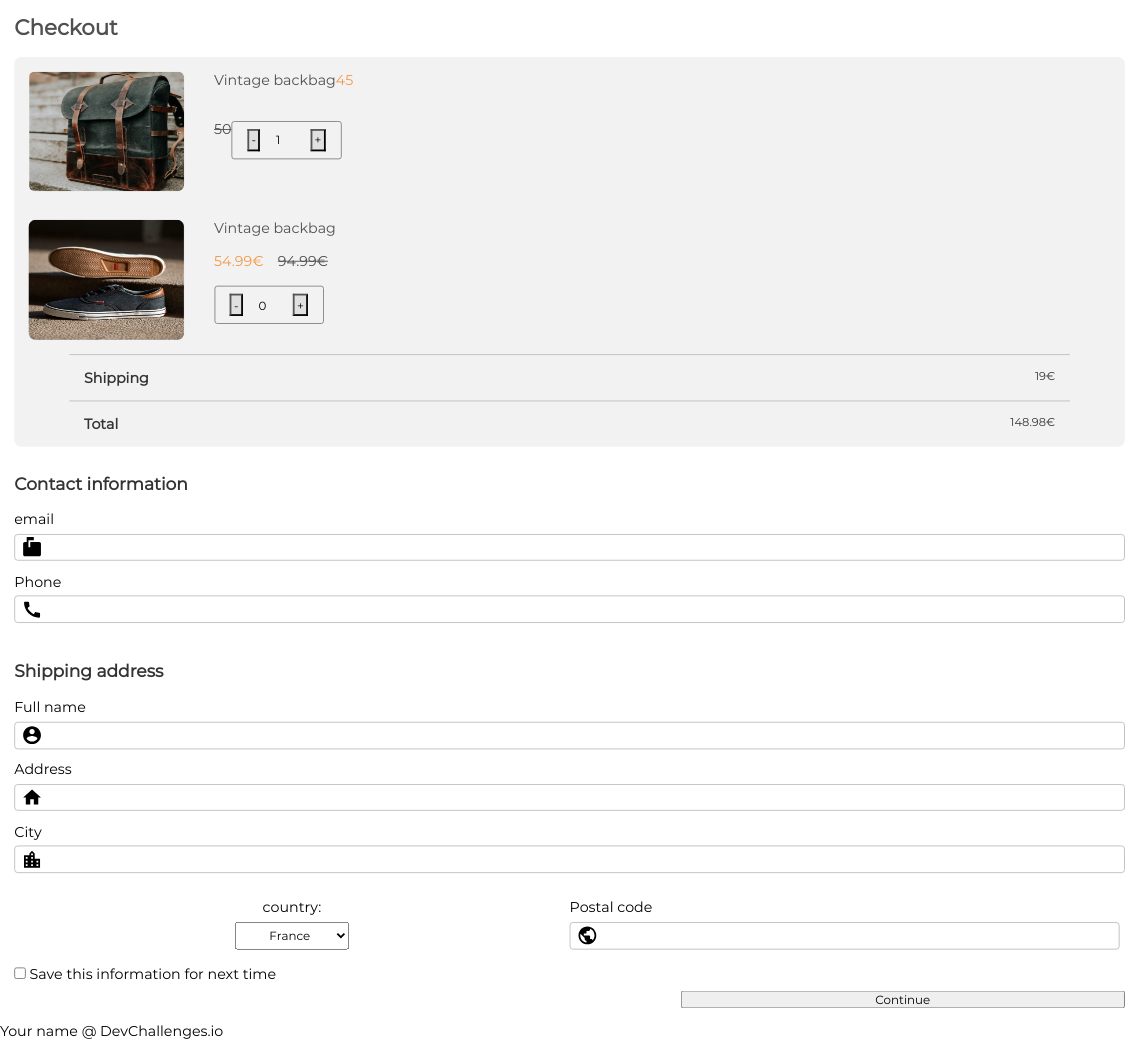
Repository: dubar-jeremy/checkout-page-master
Page: index.html
The author's editor kept a copy of each file at every save. The page is drawn from the files as they stood at one save, then again after the next save.
The browser window is 1280 px wide. The pictures show the whole page, at 89% of full size.
The style sheet was rebuilt from its Sass, Less or Tailwind sources for each picture, by a compiler version that may differ from the author's.

Above is the page before, as saved 2021-01-31 12:50:43.

### index.html
<!doctype html>
<html lang="fr">
<head>
  <meta charset="UTF-8">
  <meta name="viewport"
        content="width=device-width, user-scalable=no, initial-scale=1.0, maximum-scale=1.0, minimum-scale=1.0">
  <meta http-equiv="X-UA-Compatible" content="ie=edge">
  <link rel="stylesheet" href="style/style.css">
  <link href="https://fonts.googleapis.com/icon?family=Material+Icons"
        rel="stylesheet">
  <title>Document</title>
  <script src="js/form.js" type="text/javascript"></script>
</head>
<body>

<main>
  <div class="grid-container">
    <h1>Checkout</h1>
    <form>
      <h2>Contact information</h2>
      <div>
      <label for="email">email</label>
      <input class="email" type="email" name="email" id="email">
      <span class="invalid valid" id="email">E-mail invalide</span>
      </div>

      <div>
      <label for="tel">Phone</label>
      <input class="tel" type="tel" name="tel" id="tel">
      <span class="invalid">Numéro inccorect</span>
      </div>

      <h2>Shipping address</h2>

      <div>
      <label for="name">Full name</label>
      <input class="name" type="text" name="name" id="name">
      <span class="invalid">Champ obligatoire</span>
      </div>

      <div>
      <label for="address">Address</label>
      <input class="address" type="text" name="address" id="address">
      <span class="invalid">Champ obligatoire</span>
      </div>

      <div>
      <label for="city">City</label>
      <input class="city" type="text" name="city" id="city">
      <span class="invalid">Champ obligatoire</span>
      </div>


      <div class="form-btn">
        <div class="select-country">
          <label for="country">country:</label>
          <select id="country">
            <option value="france">France</option>
            <option value="england">Angleterre</option>
            <option value="spain">Espagne</option>
          </select>
          <span class="invalid">Champ obligatoire</span>
        </div>
        <div class="input-postal-code">
          <label for="postalCode">Postal code</label>
          <input class="postal-code" type="text" name="postalCode" id="postalCode">
          <span class="invalid">Champ obligatoire</span>
        </div>
      </div>

      <div>
        <input type="checkbox">
        <label>Save this information for next time</label>
      </div>
      <button type="submit">Continue</button>
    </form>
    <div class="checkout-container">
      <div class="inner-block">
        <img src="img/photo1.png">
        <div class="details-article">
          <h2>Vintage backbag</h2>
          <span class="new-price">54.99€</span>
          <span class="old-price">94.99€</span>
          <div class="click">
            <button class="nbr-article minus">-</button>
            <input type="text" value="0" class="nbr-value">
            <button class="nbr-article plus">+</button>
          </div>
        </div>
        <img src="img/photo2.png">
        <div class="details-article">
          <h2>Vintage backbag</h2>
          <span class="new-price">54.99€</span>
          <span class="old-price">94.99€</span>
          <div class="click">
            <button class="nbr-article plus">-</button>
            <input type="text" value="0" class="nbr-value">
            <button class="nbr-article minus">+</button>
          </div>
        </div>
      </div>
      <div class="price-part">
        <p>Shipping</p>
        <p>19€</p>
      </div>
      <div class="price-part">
        <p>Total</p>
        <p>148.98€</p>
      </div>
      <div>
      </div>
    </div>
</main>
<footer>
  <p>Your name @ DevChallenges.io</p>
</footer>
<!--<span class="material-icons">email</span>
<span class="material-icons">call</span>
<span class="material-icons">account_circle</span>
<span class="material-icons">home</span>
<span class="material-icons">location_city</span>
<span class="material-icons">public</span>
<span class="material-icons">markunread_mailbox</span>-->
</body>
</html>

### js/form.js
window.onload = function() {

  const plus = document.querySelector(".plus").addEventListener("click", increase);
  const minus = document.querySelector(".minus").addEventListener("click", decrease);


  let i = 0;
  let initialPrice = 50;
  let priceAfterDiscount = increase();

  function increase() {
      i++
      let items = document.querySelector(".nbr-value").value = i;
      let qty = parseInt(items);
      let newPrice = initialPrice * qty;
      let priceBeforeDiscount = newPrice; // impossible de renommer newPrice ligne15. Obligé de re assigner ici. Pourquoi ?
      document.querySelector(".old-price").innerHTML = priceBeforeDiscount;
      newPrice -= newPrice * 10 / 100;
      let priceAfterDiscount = newPrice; // meme chose ici pour ligne 18
      document.querySelector(".new-price").innerHTML = priceAfterDiscount;
      return priceAfterDiscount;
  }

  function decrease() {
      if (i > 1) {
          i--
          let items = document.querySelector(".nbr-value").value = i;
          let qty = parseInt(items);
          let newPrice = initialPrice * qty;
          document.querySelector(".new-price").innerHTML = newPrice;
          let oldPrice = qty * priceAfterDiscount;
          document.querySelector(".old-price").innerHTML = oldPrice;
          console.log(oldPrice);
      }
  }

  const items = document.querySelectorAll(".details-article");

  items.forEach((item) => {
    const oldPrice = item.querySelectorAll(".old-price");
    const newPrice = item.querySelectorAll(".new-price");
  });
}

### style/style.scss
/*
Colors, fonts & reset
*/

$main-title: #4e5150;
$sub-title: #333333;
$btn-price: #f2994a;

$form-title: #4f4f4f;
$form-placeholder: #828282;

$background-nbr-article: #e0e0e0;

$background-price: #f2f2f2;

@font-face {
  font-family: "Montserrat";
  src: url("/fonts/Montserrat/Montserrat-Regular.ttf") format("truetype");
}

* {
  margin: 0;
  padding: 0;
  box-sizing: border-box;
  font-family: "Montserrat", sans-serif;
}

/*
  Main area
*/

.grid-container {
  display: grid;
  grid-template-columns: 1fr;
  margin: 1em;

  h1 {
    grid-row: 1 / 2;
    color: $main-title;
    font-size: 1.5em;
    margin-bottom: 0.8em;
  }
}

form {
  display: flex;
  flex-direction: column;

  h2 {
    color: $sub-title;
    font-size: 1.2em;
    margin-top: 1.5em;
    margin-bottom: 1em;
  }

  input {
    width: 100%;
    margin-bottom: 1em;
    margin-top: 0.5em;
  }

  input[type="checkbox"] {
    width: inherit;
  }

  @mixin iconStyle {
    background-color: transparent;
    background-repeat: no-repeat;
    background-position: 0.5em center;
    padding-left: 2.5em;
    height: 2.3em;
    border: 0.09em solid #bdbdbd;
    border-radius: 0.3em;
  }

  .email {
    @include iconStyle;
    background-image: url("../icons/markunread_mailbox-24px.svg");
  }
  .tel {
    @include iconStyle;
    background-image: url("../icons/call-24px.svg");
  }
  .name {
    @include iconStyle;
    background-image: url("../icons/account_circle-24px.svg");
  }
  .address {
    @include iconStyle;
    background-image: url("../icons/home-24px.svg");
  }
  .city {
    @include iconStyle;
    background-image: url("../icons/location_city-24px.svg");
  }
  .postal-code {
    @include iconStyle;
    width: 99%;
    background-image: url("../icons/public-24px.svg");
  }

  .form-btn {
    width: 100%;
    display: flex;
    justify-content: space-between;
    margin-top: 1em;
    flex-wrap: wrap;
    align-items: center;

    .select-country {
      flex-basis: 50%;
      display: flex;
      flex-wrap: wrap;
      justify-content: center;

      label {
        width: 100%;
        text-align: center;
      }

      select {
        height: 2.3em;
        padding-left: 2.5em;
        margin-bottom: 1em;
        margin-top: 0.5em;
      }
    }

    .input-postal-code {
      flex-basis: 50%;
    }
  }

  button {
    width: 40%;
    align-self: end;
  }
}

.checkout-container {
  grid-row: 2 / 3;
  background: $background-price;
  border-radius: 0.5em;
}

.inner-block {
  display: grid;
  grid-template-columns: 1fr 1fr;
  grid-gap: 2em;
  max-width: 385px;
  max-height: 535px;
  margin: 1em;

  h2 {
    color: $main-title;
    display: inline;
    font-size: 1em;
    font-weight: normal;
  }

  img {
    width: 100%;
    max-width: 175px;
    max-height: 135px;
    border-radius: 0.5em;
  }

  .details-article {
    display: flex;
    flex-wrap: wrap;

    .new-price {
      color: $btn-price;
      margin-right: 1em;
    }

    .old-price {
      color: $main-title;
      text-decoration: line-through;
    }

    .click {
      display: flex;
      justify-content: space-around;
      width: 70%;
      height: min-content;
      background: transparent;
      border: 0.1em solid $form-placeholder;
      border-radius: 0.2em;
      padding: 0.5em;

      input {
        background: transparent;
        width: 20%;
        border: none;
      }

      .nbr-article {
        background: $background-nbr-article;
        padding: 0.2em;
      }
    }
  }
}

.price-part {
  display: flex;
  justify-content: space-between;
  width: 90%;
  margin: 0 auto;
  padding: 1em;
  border-top: 1px solid #bdbdbd;
  color: #333333;

  p:nth-child(1) {
    color: $sub-title;
    font-weight: bold;
  }

  p:nth-child(2) {
    font-size: 0.8em;
  }
}

.invalid {
  display: none;
  color: red;
}

.valid {
  color: green;
}

After the next save:
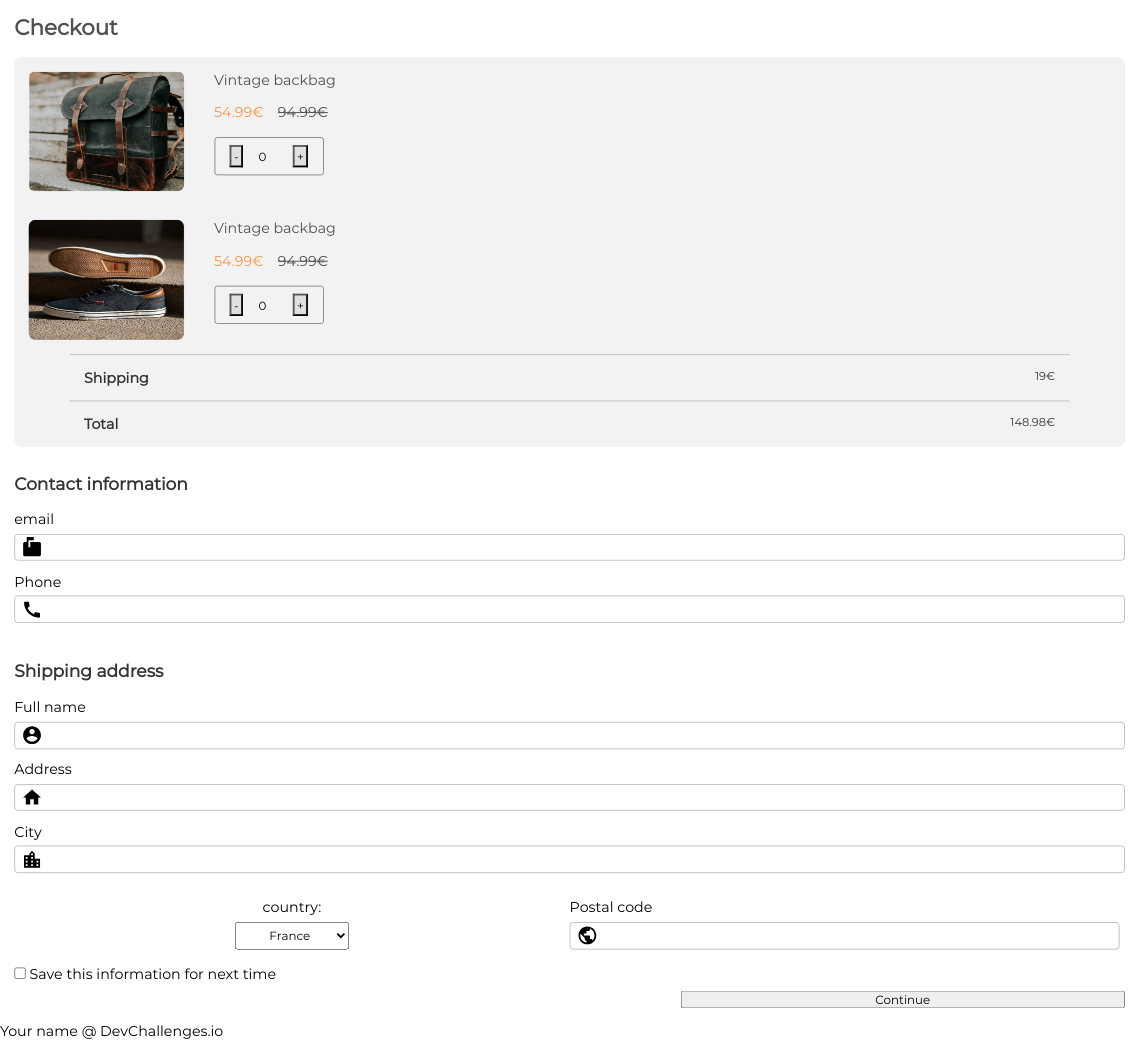
Console error: SyntaxError: Missing initializer in const declaration
Saved 14 min 43 s later.
--- a/js/form.js
+++ b/js/form.js
@@ -39,5 +39,6 @@
   items.forEach((item) => {
     const oldPrice = item.querySelectorAll(".old-price");
     const newPrice = item.querySelectorAll(".new-price");
+    const btn [minus, plus];
   });
 }

After the save that followed:
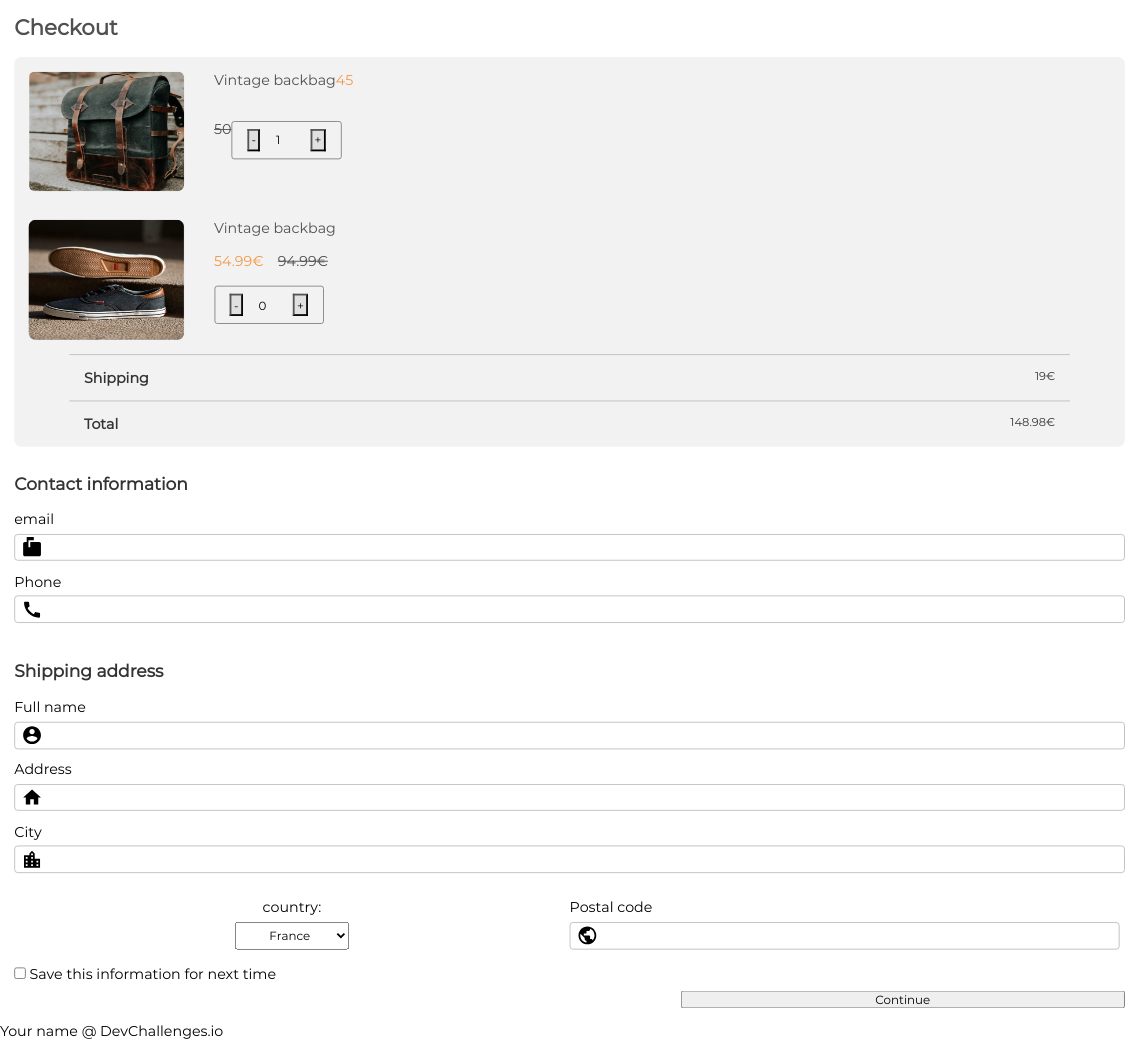
The error is gone.
Saved 17 s later.
--- a/js/form.js
+++ b/js/form.js
@@ -39,6 +39,6 @@
   items.forEach((item) => {
     const oldPrice = item.querySelectorAll(".old-price");
     const newPrice = item.querySelectorAll(".new-price");
-    const btn [minus, plus];
+    const btn = [minus, plus];
   });
 }
